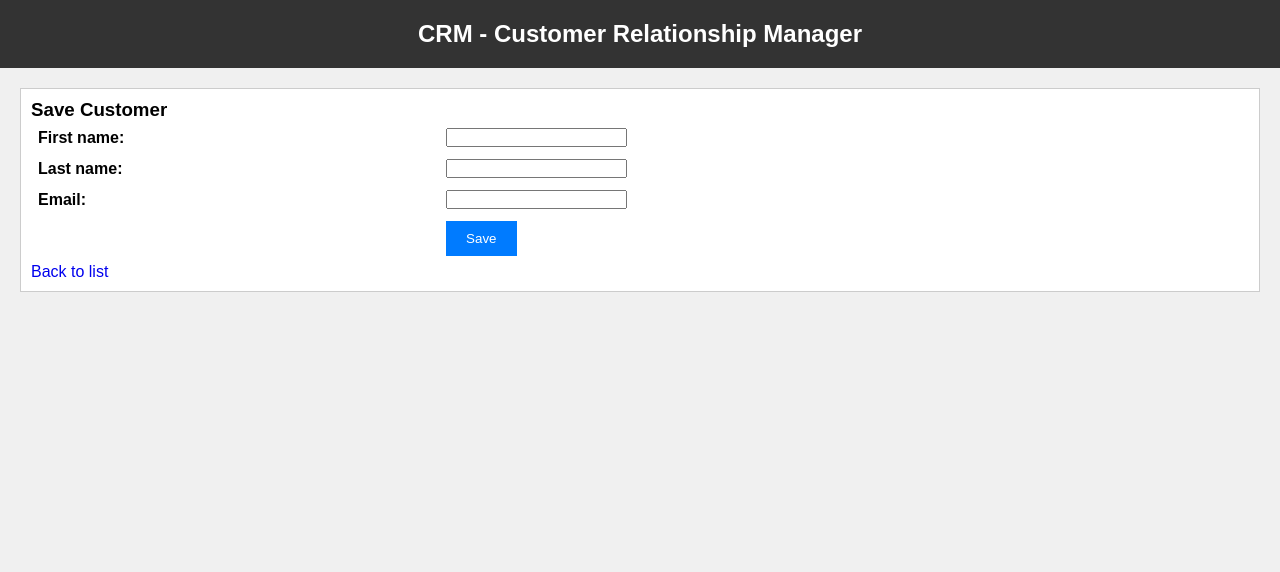
Repository: vncharles/SpringMVC-WWW
Page: http://localhost/20005791_Trong_Bai8/WEB-INF/views/customer-form.jsp
An editor plug-in stored every save of this project. The page is shown before and after the next save, followed by the edit.
The browser window is 1280 px wide. The pictures show the whole page.
The page is served by Tomcat 9. Nobody is signed in. Other server files are loaded and not shown. The template is opened directly, without the code that normally fills it, so the values that code supplies are empty.

Above is the page before, as saved 2023-11-06 10:50:34.

### 20005791_Trong_Bai8/src/main/webapp/WEB-INF/views/customer-form.jsp
<%@ page language="java" contentType="text/html; charset=UTF-8"
    pageEncoding="ISO-8859-1"%>
<%@ taglib uri="http://java.sun.com/jsp/jstl/core" prefix="c"%>
<%@ taglib uri="http://www.springframework.org/tags/form" prefix="form" %>
<!DOCTYPE html>
<html>
<head>
<meta charset="ISO-8859-1">
<title>Insert title here</title>
</head>
<style>
/* Reset some default styles */
* {
    margin: 0;
    padding: 0;
    box-sizing: border-box;
}

/* Apply a background color and basic font styling */
body {
    background-color: #f0f0f0;
    font-family: Arial, sans-serif;
}

/* Style the wrapper and header */
#wrapper {
    background-color: #333;
    color: #fff;
    text-align: center;
    padding: 20px;
}

#header h2 {
    font-size: 24px;
}

/* Style the container */
#container {
    background-color: #fff;
    border: 1px solid #ccc;
    margin: 20px;
    padding: 10px;
}

/* Style the "Save" button */
.save {
    background-color: #007bff;
    color: #fff;
    border: none;
    padding: 10px 20px;
    cursor: pointer;
}

.save:hover {
    background-color: #0056b3;
}

/* Style the form labels and inputs */
label {
    font-weight: bold;
}

table {
    width: 100%;
}

/* Apply some spacing and margins */
td {
    padding: 5px;
}

/* Style the "Back to list" link */
a {
    text-decoration: none;
}

/* Apply some hover effect to links */
a:hover {
    color: #007bff;
}

</style>
<body>

<div id=wrapper>
	<div id="header">
		<h2>CRM - Customer Relationship Manager</h2>
	</div>
</div>
<div id="container">
	<h3>Save Customer</h3>
	<form:form action="saveCustomer" modelAttribute="customer" method="POST">
		<form:hidden path="id"/>
		<table>
			<tbody>
				<tr>
					<td>
						<label>First name:</label>
					</td>
					<td>
						<form:input path="firstName" />
					</td>
				</tr>
				<tr>
					<td>
						<label>Last name:</label>
					</td>
					<td>
						<form:input path="lastName"/>
					</td>
				</tr>
				<tr>
					<td>
						<label>Email:</label>
					</td>
					<td>
						<form:input path="email"/>
					</td>
				</tr>
				<tr>
					<td>
						<label></label>
					</td>
					<td>
						<input type="submit" value="Save" class="save" />
					</td>
				</tr>
			</tbody>
		</table>
	</form:form>
	<div></div>
	<p>
		<a href="${pageContext.request.contextPath}/customer/">Back to list</a>
	</p>
</div>

</body>
</html>

After the next save:
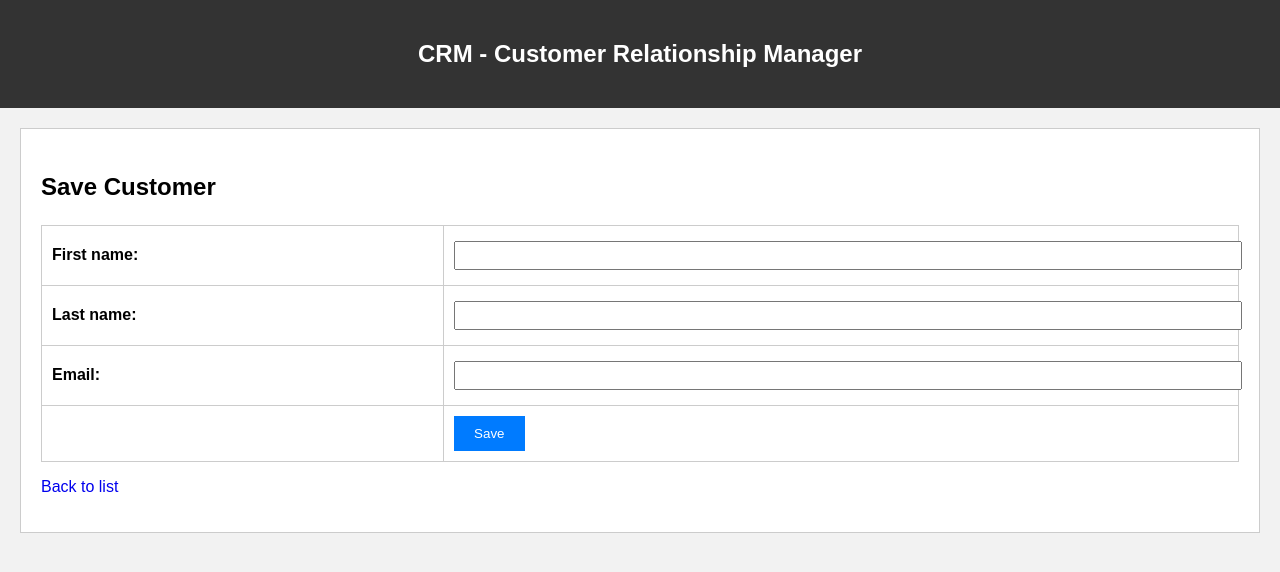
Saved 2 min 33 s later.
--- a/20005791_Trong_Bai8/src/main/webapp/WEB-INF/views/customer-form.jsp
+++ b/20005791_Trong_Bai8/src/main/webapp/WEB-INF/views/customer-form.jsp
@@ -9,20 +9,14 @@
 <title>Insert title here</title>
 </head>
 <style>
-/* Reset some default styles */
-* {
+/* CSS */
+body {
+    font-family: Arial, sans-serif;
+    background-color: #f2f2f2;
     margin: 0;
     padding: 0;
-    box-sizing: border-box;
 }
 
-/* Apply a background color and basic font styling */
-body {
-    background-color: #f0f0f0;
-    font-family: Arial, sans-serif;
-}
-
-/* Style the wrapper and header */
 #wrapper {
     background-color: #333;
     color: #fff;
@@ -30,19 +24,41 @@ body {
     padding: 20px;
 }
 
-#header h2 {
-    font-size: 24px;
-}
-
-/* Style the container */
 #container {
     background-color: #fff;
     border: 1px solid #ccc;
     margin: 20px;
+    padding: 20px;
+}
+
+h3 {
+    font-size: 24px;
+}
+
+form {
+    margin-top: 20px;
+}
+
+form table {
+    width: 100%;
+    border-collapse: collapse;
+}
+
+form table th, form table td {
+    border: 1px solid #ccc;
     padding: 10px;
 }
 
-/* Style the "Save" button */
+label {
+    font-weight: bold;
+}
+
+input[type="text"] {
+    width: 100%;
+    padding: 5px;
+    margin: 5px 0;
+}
+
 .save {
     background-color: #007bff;
     color: #fff;
@@ -55,26 +71,11 @@ body {
     background-color: #0056b3;
 }
 
-/* Style the form labels and inputs */
-label {
-    font-weight: bold;
+a {
+    text-decoration: none;
+    margin-right: 10px;
 }
 
-table {
-    width: 100%;
-}
-
-/* Apply some spacing and margins */
-td {
-    padding: 5px;
-}
-
-/* Style the "Back to list" link */
-a {
-    text-decoration: none;
-}
-
-/* Apply some hover effect to links */
 a:hover {
     color: #007bff;
 }
